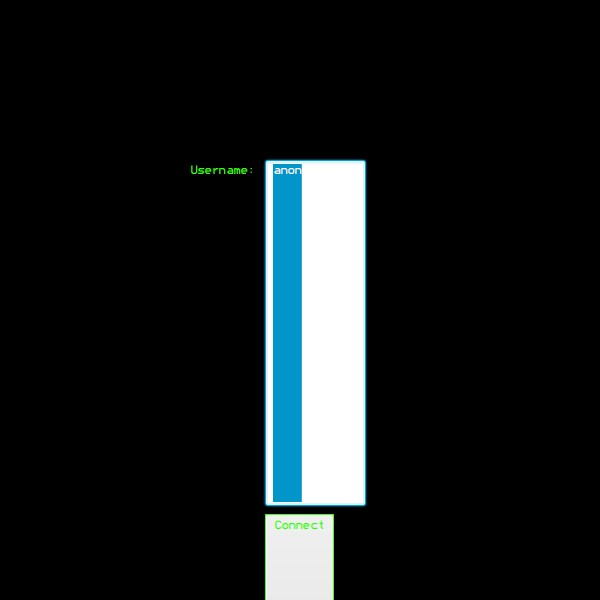
Repository: silic4-ivey/River
Program's window: java RiverClient/src/Main.java
An editor plug-in stored every save of this project. The program's window is shown before and after the next save, followed by the edit.
It runs on Java 21 on a 1366 x 768 screen with JavaFX 11; the title bar is not drawn. It also reads RiverClient/resources/fonts/Modeseven-L3n5.ttf.

Above is the program's window before, as saved 2021-08-16 18:56:17.

### RiverClient/src/Main.java
import javafx.application.Application;
import javafx.event.ActionEvent;
import javafx.event.EventHandler;
import javafx.scene.Scene;
import javafx.scene.control.Button;
import javafx.scene.layout.StackPane;
import javafx.stage.Stage;
public class Main extends Application{

	private MainUI mainUI;

	public static void main(String args[]) {
		launch (args);
	}

	@Override
	public void start(Stage primaryStage) throws Exception{

		mainUI = new MainUI(primaryStage);

	}
}

### RiverClient/src/MainUI.java
import javafx.geometry.Pos;
import java.io.FileInputStream;
import java.io.FileNotFoundException;
import java.io.File;
import javafx.scene.Scene;
import javafx.scene.control.Button;
import javafx.scene.layout.StackPane;
import javafx.scene.layout.VBox;
import javafx.scene.paint.Color;
import javafx.stage.Stage;
import javafx.scene.control.TextField;
import java.util.Random;
import javafx.scene.layout.GridPane;
import javafx.scene.control.Label;
import javafx.scene.text.Font;
import javafx.scene.text.Text;
import javafx.scene.control.ScrollPane;

public class MainUI {

	private RiverClient rc;
	private String userName = "anon";
	private int size = 600;
	private Stage window;
	private Text textBox = new Text();
	private final String modeSeven = "Modeseven-L3n5.ttf";
	private final String fontPath = "./resources/fonts/";

	public MainUI(Stage primaryStage) throws Exception{
		window = primaryStage;

		Label userLbl = new Label("Username:");
		TextField text = new TextField("anon");


		Button connectButton = new Button("Connect");
		connectButton.setOnAction(e ->startConnection(text.getText()));   ///////////////////////////////

		//VBox layout1 = new VBox();
		//layout1.getChildren().addAll(userLbl,text,connectButton);

		try {
			Font terminalFont = Font.loadFont(new FileInputStream(new File(fontPath + modeSeven)),12);

			text.setFont(terminalFont);
			userLbl.setFont(terminalFont);
			connectButton.setFont(terminalFont);


		}catch(FileNotFoundException e) {
			e.printStackTrace();
		}

		text.setStyle("-fx-text-inner-color: #39ff14");
		//text.setStyle("-fx-control-inner-background: black");
		//text.setStyle("-fx-border-color: #39ff14");

		userLbl.setTextFill(Color.web("#39ff14"));

		connectButton.setTextFill(Color.web("#39ff14"));
		connectButton.setStyle("-fx-background-color: black");
		connectButton.setStyle("-fx-border-color: #39ff14");


		GridPane layout1 = new GridPane();

		layout1.setVgap(8);
		layout1.setHgap(10);

		/*layout1.add(userLbl, size/2 -1, size/2);
		layout1.add(text, size/2, size/2);
		layout1.add(connectButton, size/2, size/2 -1);*/

		GridPane.setConstraints(userLbl, 19, 20);
		GridPane.setConstraints(text, 20, 20);
		GridPane.setConstraints(connectButton, 20, 21);

		layout1.getChildren().addAll(userLbl,text,connectButton);

		layout1.setGridLinesVisible(false);
		layout1.setStyle("-fx-background-color: #000000");

		Scene scene1 = new Scene(layout1, size, size, Color.BLACK);
		//scene1.setFill(Color.BLACK);

		window.setScene(scene1);
		window.setTitle("The River");
		window.show();

		/*RiverClient cs = RiverClient.getInstance();
		cs.writeTo();
		cs.closeAccess();*/
	}

	public void startConnection(String userName) {
		initializeClient();  ///////////////////////////////////////////////////
		setUser(userName);
		switchStage();
	}

	public void initializeClient() {
		rc = RiverClient.getInstance();
	}

	public void setUser(String userName) {
		this.userName = userName;
	}

	public void switchStage() {

		ServerReader sr = new ServerReader(rc, this);

		Label userLbl = new Label(userName + ": ");
		TextField text = new TextField("Type Here");

		Button sendButton = new Button("Send");
		sendButton.setOnAction(e -> rc.writeTo(text.getText(), userName));   /////////////////////////////// create a logoff button

		Button logoffButton = new Button("Logoff");
		logoffButton.setOnAction(e -> rc.closeAccess());   /////////////////////////////// create a logoff button

		//Text textBox = new Text();


		GridPane layout1 = new GridPane();

		layout1.setVgap(8);
		layout1.setHgap(10);

		GridPane.setConstraints(userLbl, 19, 2);
		GridPane.setConstraints(text, 20, 2);
		GridPane.setConstraints(sendButton, 21, 2);
		GridPane.setConstraints(logoffButton, 22, 2);
		GridPane.setConstraints(textBox,20,0);


		layout1.getChildren().addAll(userLbl,text,sendButton, textBox, logoffButton);

		ScrollPane scrollPane = new ScrollPane();
		scrollPane.setPrefSize(1, 1);
		scrollPane.setContent(textBox);
		scrollPane.setVbarPolicy(ScrollPane.ScrollBarPolicy.ALWAYS);
		scrollPane.setHbarPolicy(ScrollPane.ScrollBarPolicy.ALWAYS);

		layout1.setGridLinesVisible(false); ////////// delete after
		Scene scene2 = new Scene(layout1, size, size);
		scene2.setFill(Color.BLACK);



		sr.start();  /////////////////////////////////

		window.setScene(scene2);
		window.setTitle("The River");
		window.show();

	}


	public void updateText(String s) {

		textBox.setText(textBox.getText() + "\n" + s);


	}



}

After the next save:
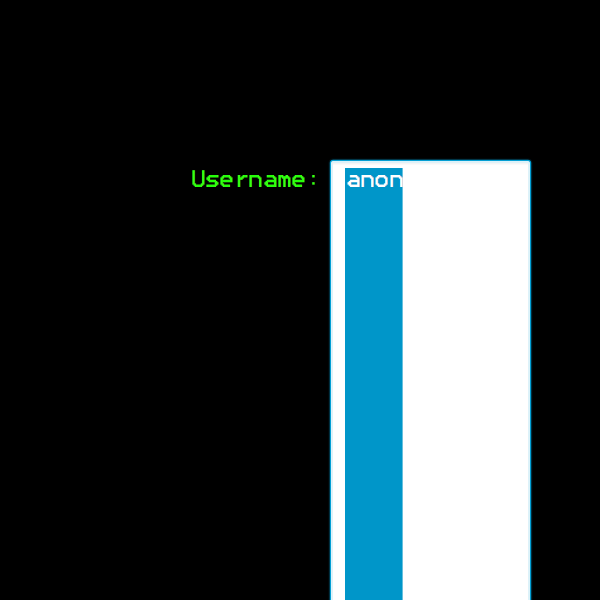
Saved 4 min 45 s later.
--- a/RiverClient/src/MainUI.java
+++ b/RiverClient/src/MainUI.java
@@ -40,7 +40,7 @@
 		//layout1.getChildren().addAll(userLbl,text,connectButton);
 
 		try {
-			Font terminalFont = Font.loadFont(new FileInputStream(new File(fontPath + modeSeven)),12);
+			Font terminalFont = Font.loadFont(new FileInputStream(new File(fontPath + modeSeven)),24);
 
 			text.setFont(terminalFont);
 			userLbl.setFont(terminalFont);

After the save that followed:
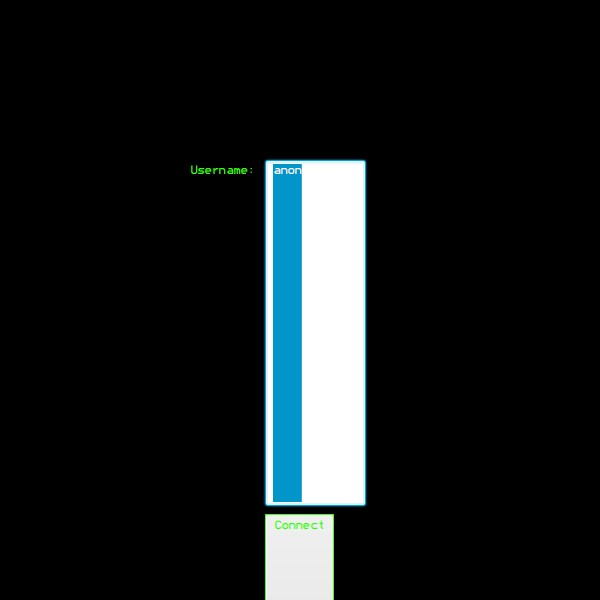
Saved 34 s later.
--- a/RiverClient/src/MainUI.java
+++ b/RiverClient/src/MainUI.java
@@ -40,7 +40,7 @@
 		//layout1.getChildren().addAll(userLbl,text,connectButton);
 
 		try {
-			Font terminalFont = Font.loadFont(new FileInputStream(new File(fontPath + modeSeven)),24);
+			Font terminalFont = Font.loadFont(new FileInputStream(new File(fontPath + modeSeven)),12);
 
 			text.setFont(terminalFont);
 			userLbl.setFont(terminalFont);
